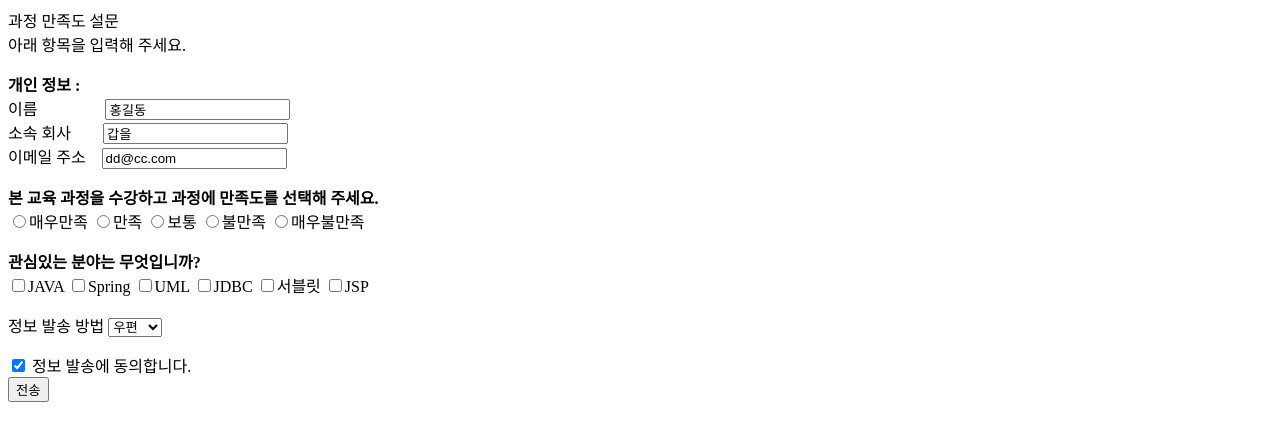
Repository: uj06134/Metabuild_JSP
Page: http://localhost/12_DB_Survey/insertForm.jsp
An editor plug-in stored every save of this project. The page is shown before and after the next save, followed by the edit.
The browser window is 1280 px wide. The pictures show the whole page.
The page is served by Tomcat 9. Other server files are loaded and not shown.

Above is the page before, as saved 2025-09-18 02:35:48.

### 12_DB_Survey/src/main/webapp/insertForm.jsp
<%@ page language="java" contentType="text/html; charset=UTF-8"
    pageEncoding="UTF-8"%>
<%@ taglib prefix="c" uri="http://java.sun.com/jsp/jstl/core" %>

<%
	application.setAttribute("flag","false");
%>

<body>
<%
	String[] satisfaction = {"매우만족","만족","보통","불만족","매우불만족"};
	String[] part = {"JAVA","Spring","UML","JDBC","서블릿","JSP"};
%>

<form action="insert.sv" method="post">
	 과정 만족도 설문<br>
	 아래 항목을 입력해 주세요.<P>

	 <b>개인 정보 :</b><br>
	이름 　　　　<input type="text" name="name" value="홍길동"><br>
	소속 회사　　<input type="text" name="company" value="갑을"><br>
	이메일 주소　<input type="text" name="email" value="dd@cc.com"><br>
	<p>
	<b>본 교육 과정을 수강하고 과정에 만족도를 선택해 주세요.</b><br>
<%
    for (int i = 0; i < satisfaction.length; i++) {
%>
		<input type="radio" name = "satisfaction" value="<%=satisfaction[i]%>"><%=satisfaction[i]%>
<%
    }
%>
	<!-- <input type="radio" name = "satisfaction" value="매우만족" checked="checked">매우 만족
	<input type="radio" name = "satisfaction" value="만족">만족
	<input type="radio" name = "satisfaction" value="보통">보통
	<input type="radio" name = "satisfaction" value="불만족">불만족
	<input type="radio" name = "satisfaction" value="매우불만족">매우불만족  -->


	<p>
	<b>관심있는 분야는 무엇입니까?</b><br>

	<!-- <input type="checkbox" name = "part" value="JAVA">JAVA
	<input type="checkbox" name = "part" value="Spring">Spring
	<input type="checkbox" name = "part" value="UML" checked="checked">UML<br>
	<input type="checkbox" name = "part" value="JDBC">JDBC
	<input type="checkbox" name = "part" value="서블릿">서블릿
	<input type="checkbox" name = "part" value="JSP" checked="checked">JSP<br>  -->

<%
    for (int i = 0; i < part.length; i++) {
%>
		<input type="checkbox" name = "part" value="<%=part[i]%>"><%=part[i]%>
<%
    }
%>


	<p>
	정보 발송 방법 <select name="howto">
		<option value="email">email
		<option value="우편" selected="selected">우편
		</select>

	<p>
	<input type="checkbox" name="agree" checked="checked" value="1"> 정보 발송에 동의합니다.<br>
	<input type="submit" value="전송">
</form>

After the next save:
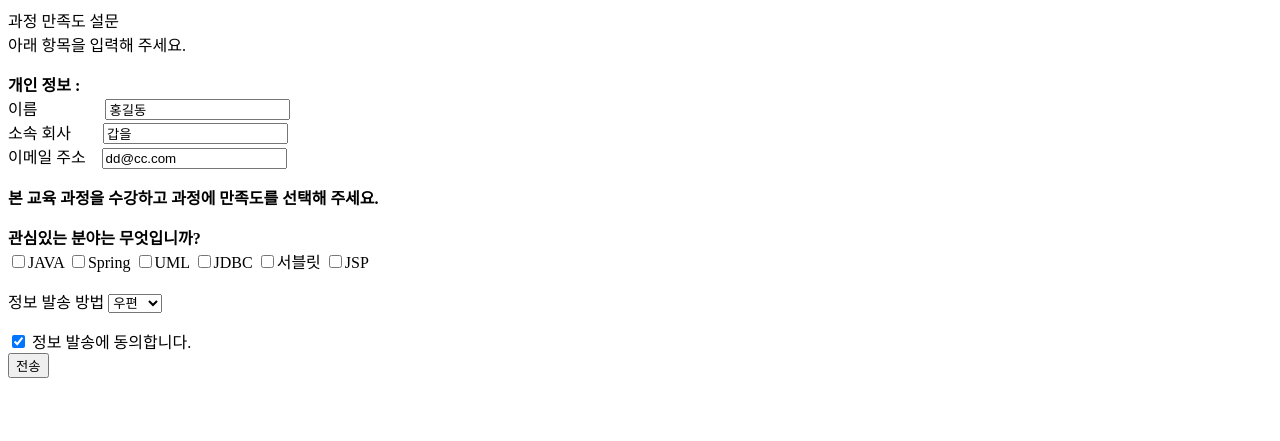
Saved 61 s later.
--- a/12_DB_Survey/src/main/webapp/insertForm.jsp
+++ b/12_DB_Survey/src/main/webapp/insertForm.jsp
@@ -22,19 +22,14 @@
 	이메일 주소　<input type="text" name="email" value="dd@cc.com"><br>
 	<p>
 	<b>본 교육 과정을 수강하고 과정에 만족도를 선택해 주세요.</b><br>
-<%
-    for (int i = 0; i < satisfaction.length; i++) {
-%>
-		<input type="radio" name = "satisfaction" value="<%=satisfaction[i]%>"><%=satisfaction[i]%>
-<%
-    }
-%>
 	<!-- <input type="radio" name = "satisfaction" value="매우만족" checked="checked">매우 만족
 	<input type="radio" name = "satisfaction" value="만족">만족
 	<input type="radio" name = "satisfaction" value="보통">보통
 	<input type="radio" name = "satisfaction" value="불만족">불만족
 	<input type="radio" name = "satisfaction" value="매우불만족">매우불만족  -->
-
+<c:forEach var="p" items="${part }">
+        <input type="checkbox" name="part" value="${p }">${p}
+    </c:forEach>
 
 	<p>
 	<b>관심있는 분야는 무엇입니까?</b><br>
